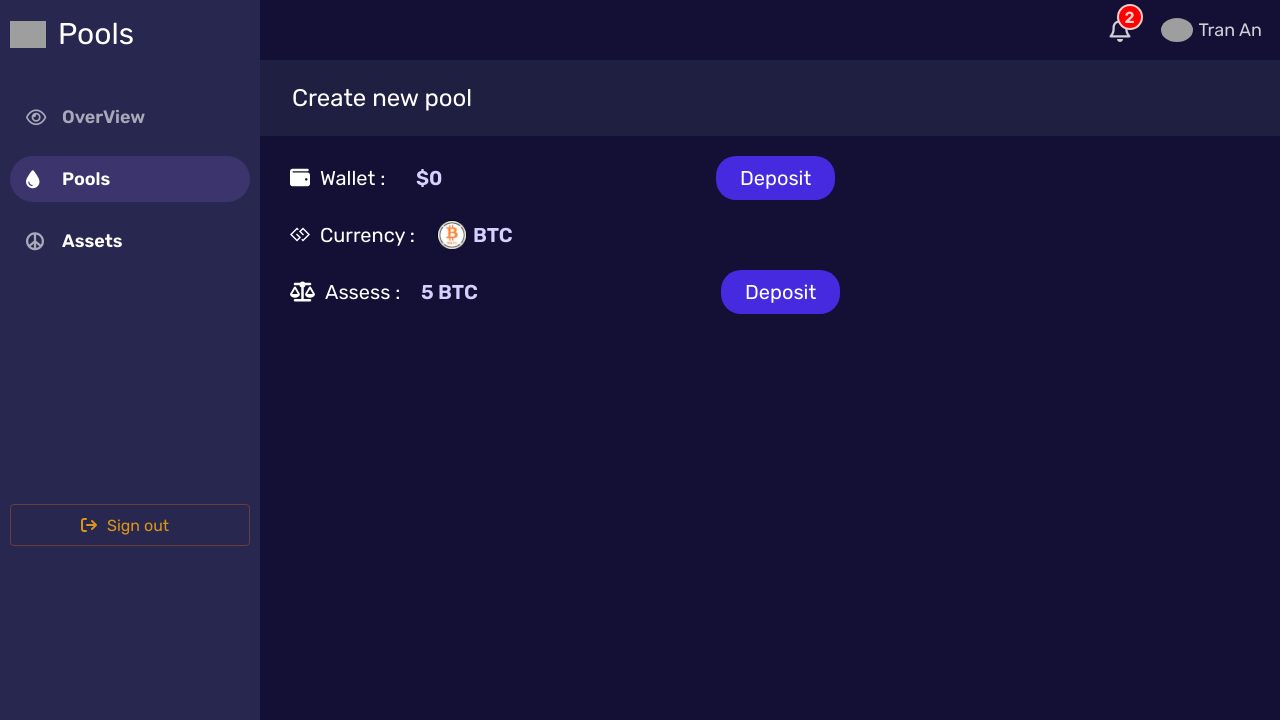
Repository: quynh232000/pools
Page: pool/create-pool.html
The author's editor kept a copy of each file at every save. The page is drawn from the files as they stood at one save, then again after the next save.
The browser window is 1280 px wide. The pictures show the whole page.
Pictures or frames that could not be fetched are drawn as grey boxes.

Above is the page before, as saved 2023-07-14 00:58:53.

After the next save:
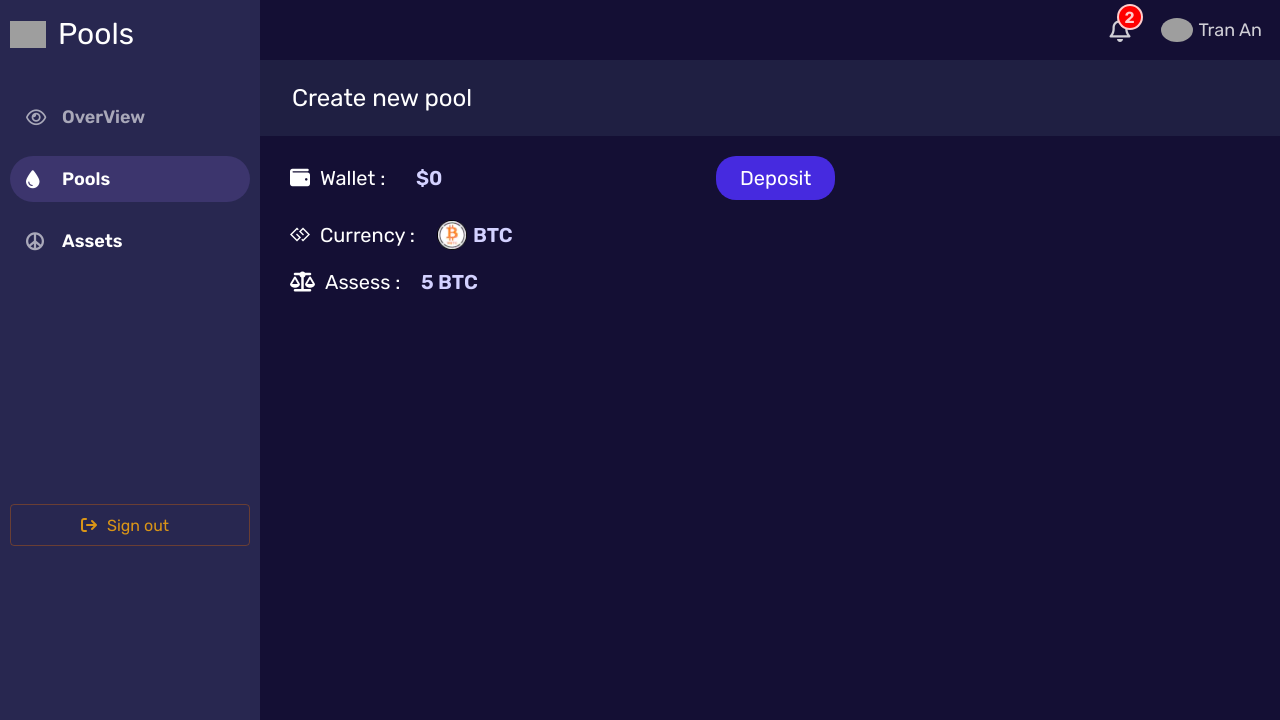
Saved 115 s later.
--- a/pool/create-pool.html
+++ b/pool/create-pool.html
@@ -99,7 +99,7 @@
             <i class="fa-solid fa-scale-balanced"></i>
             <div class="create-item-title">Assess :</div>
             <span>5 BTC</span>
-            <div class="create-btn">Deposit</div>
+            <div class="create-assess-result"></div>
           </div>
         </div>
       </div>
